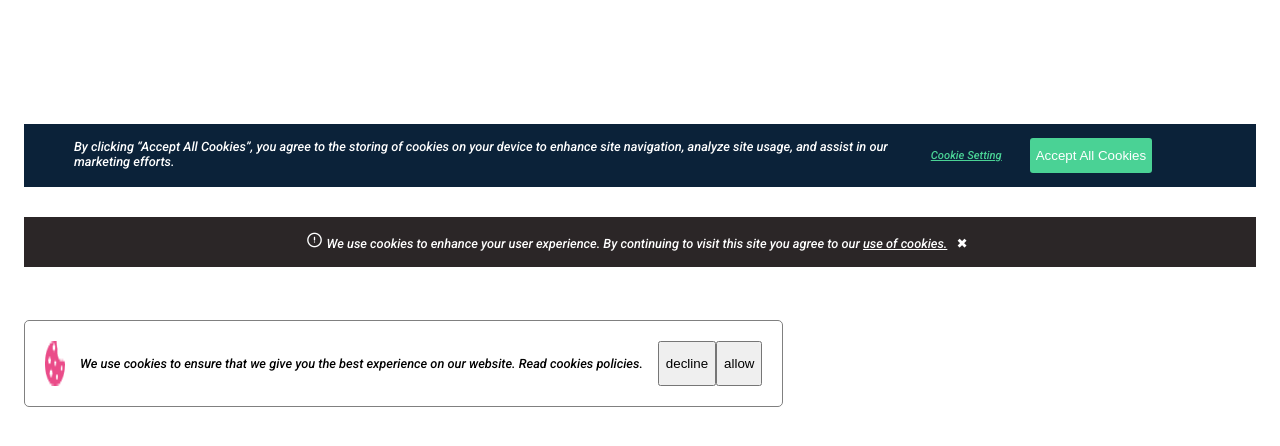
Repository: batonAnton/cursor_cookies_lectr3
Page: index.html
An editor plug-in stored every save of this project. The page is shown before and after the next save, followed by the edit.
The browser window is 1280 px wide. The pictures show the whole page.

Above is the page before, as saved 2022-06-01 12:33:00.

After the next save:
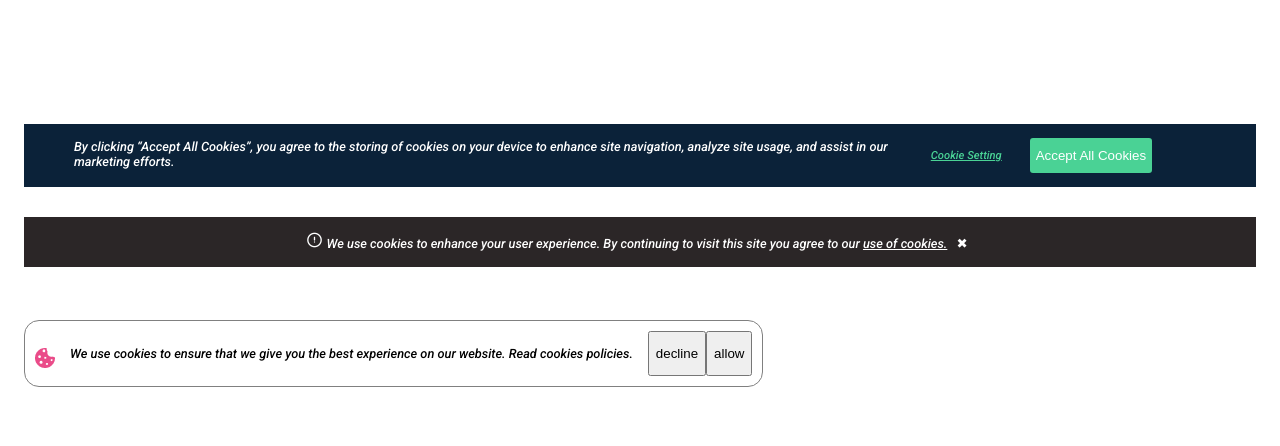
Saved 5 min 48 s later.
--- a/css/style.css
+++ b/css/style.css
@@ -59,11 +59,16 @@ p {
 .banner_3 {
   display: inline-flex;
   margin-top: 40px;
-  border-radius: 5px;
-  border: 1px solid gray ;
-  padding: 20px;
+  border-radius: 15px;
+  border: 1px solid gray;
+  padding: 10px;
 }
 
-.banner_3 p{
-    margin: 15px;
+.banner_3 p {
+  margin: 15px;
 }
+
+.banner_3 img {
+  height: 20px;
+  margin-top: 17px;
+}
